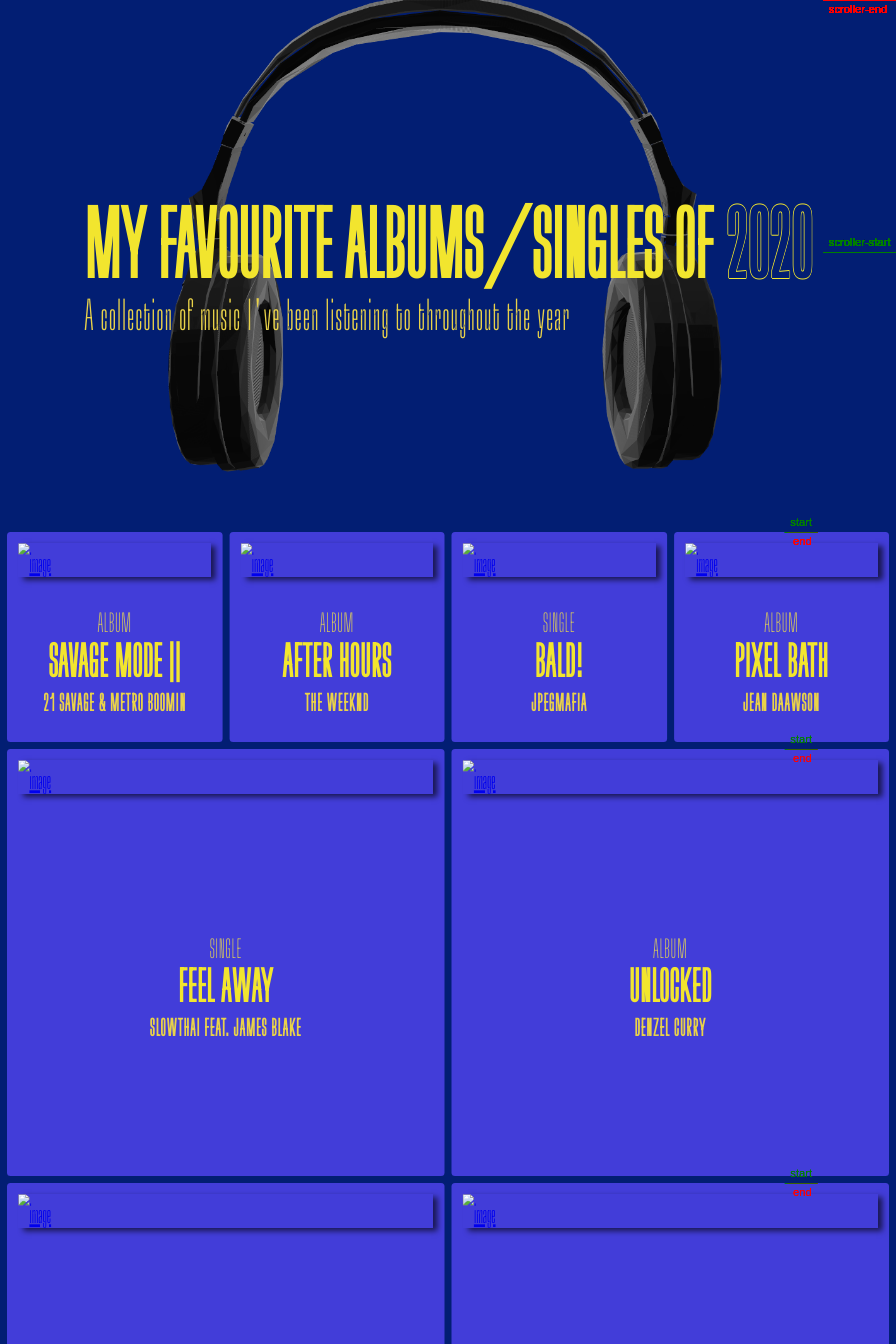
Repository: Spreceriany/musicly2020
Page: /
The author's editor kept a copy of each file at every save. The page is drawn from the files as they stood at one save, then again after the next save.
The browser window is 1280 px wide. The pictures show the part of the page from y = 0 to 1920 px (the page is 6055 px tall), at 70% of full size.
Backgrounds fixed to the window are drawn as part of the page. Some web libraries are served in a nearby version. The project was rebuilt for these pictures with package versions that can differ from the ones it lists, and the page was loaded fresh each time.

Above is the page before, as saved 2021-01-18 15:55:18.
Console error: ReferenceError: Blazy is not defined

After the next save:
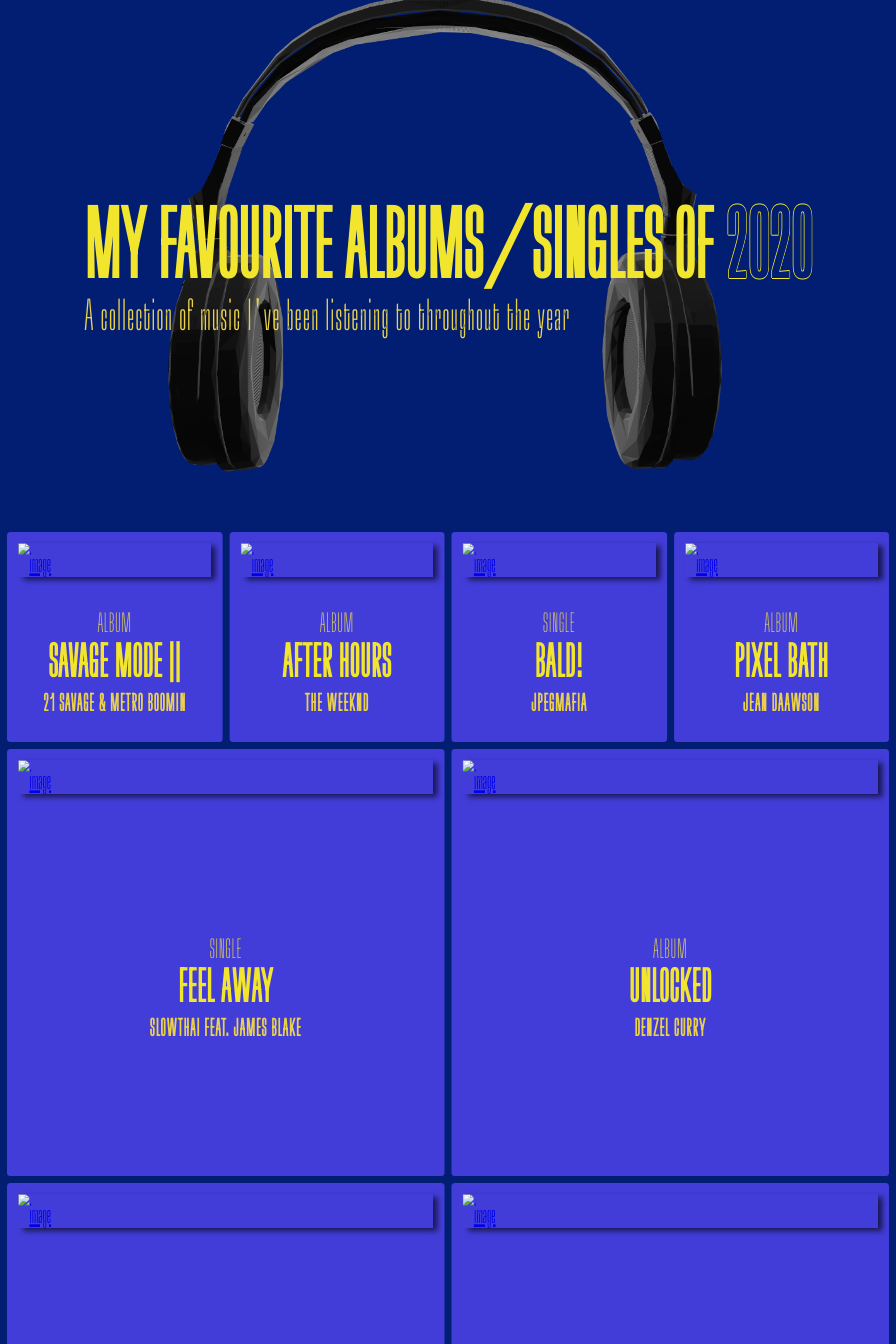
Saved 2 min 17 s later.
--- a/js/main.js
+++ b/js/main.js
@@ -4,7 +4,7 @@
 ScrollTrigger.batch(".grid-item", {
   start: "top 50%",
   end:"top 0%",
-  markers:true,
+
   onEnter: (batch) =>
     gsap.to(batch,
         { opacity: 1,
